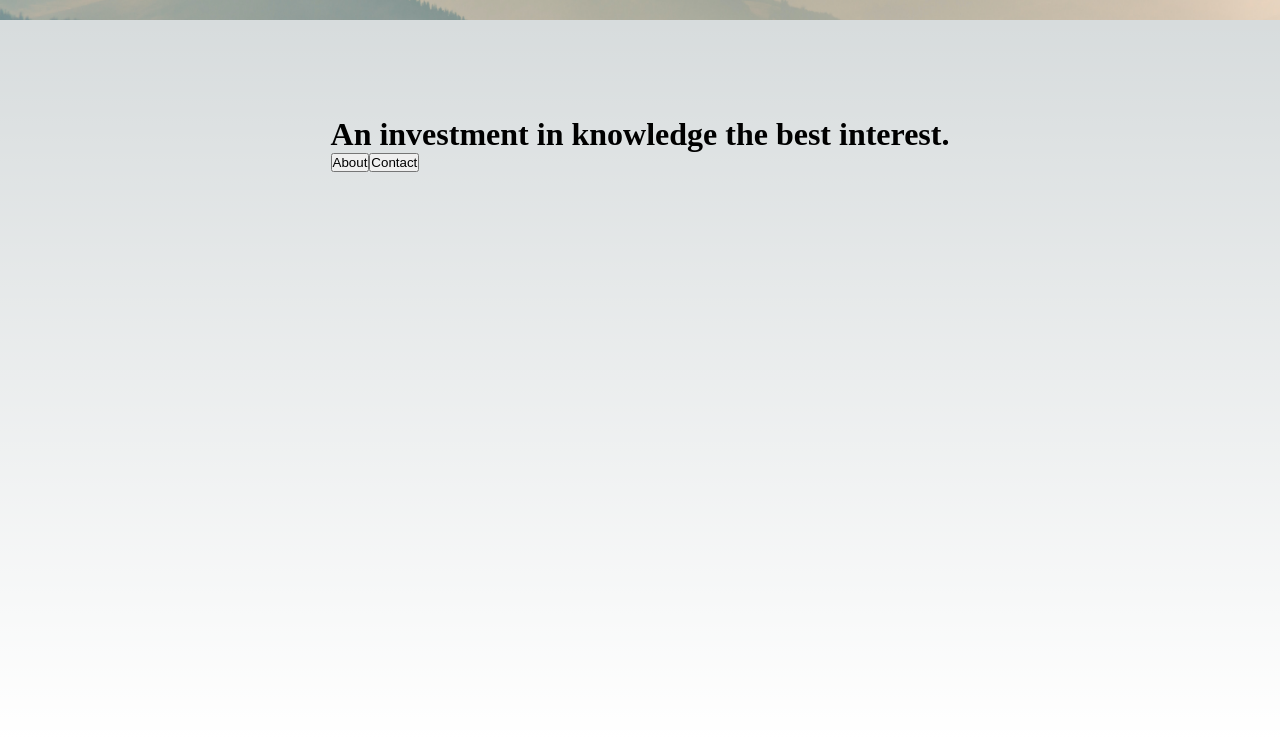
Repository: SanlyLp/assignment-1-playwright-site-a01182379
Page: /
The author's editor kept a copy of each file at every save. The page is drawn from the files as they stood at one save, then again after the next save.
The browser window is 1280 px wide. The pictures show the whole page.
The project was rebuilt for these pictures with package versions that can differ from the ones it lists, and the page was loaded fresh each time. The framework's server and built-in components were replaced by stand-ins that run in the browser. Also part of the build but not shown: next.config.js.

Above is the page before, as saved 2023-02-05 20:07:45.

### pages/_app.js
import '@/styles/globals.css'
import '../styles/variables.css'

export default function MyApp({ Component, pageProps }) {
  return <Component {...pageProps} />
}

### pages/index.js
import Head from 'next/head'
import { Inter } from '@next/font/google'
import styles from '@/styles/Home.module.css'
import Link from 'next/link';

const inter = Inter({ subsets: ['latin'] })

export default function Home() {
  return (
    <>
      <Head>
        <title>Home Page</title>
        <meta name="description" content="Generated by create next app" />
        <meta name="viewport" content="width=device-width, initial-scale=1" />
        <link rel="icon" href="/favicon.ico" />
      </Head>
      <div className={styles.bg}>

    </div>
      <main className={styles.main}>

        <div>
          <h1>An investment in knowledge
            the best interest.
          </h1>
          <Link href="/about">
            <button>About</button>
          </Link>
          <Link href="/contact">
            <button>Contact</button>
          </Link>
        </div>
      </main>
    </>
  )
}

### styles/globals.css
:root {
  --max-width: 1100px;
  --border-radius: 12px;
  --font-mono: ui-monospace, Menlo, Monaco, 'Cascadia Mono', 'Segoe UI Mono',
    'Roboto Mono', 'Oxygen Mono', 'Ubuntu Monospace', 'Source Code Pro',
    'Fira Mono', 'Droid Sans Mono', 'Courier New', monospace;

  --foreground-rgb: 0, 0, 0;
  --background-start-rgb: 214, 219, 220;
  --background-end-rgb: 255, 255, 255;

  --primary-glow: conic-gradient(
    from 180deg at 50% 50%,
    #16abff33 0deg,
    #0885ff33 55deg,
    #54d6ff33 120deg,
    #0071ff33 160deg,
    transparent 360deg
  );
  --secondary-glow: radial-gradient(
    rgba(255, 255, 255, 1),
    rgba(255, 255, 255, 0)
  );

  --tile-start-rgb: 239, 245, 249;
  --tile-end-rgb: 228, 232, 233;
  --tile-border: conic-gradient(
    #00000080,
    #00000040,
    #00000030,
    #00000020,
    #00000010,
    #00000010,
    #00000080
  );

  --callout-rgb: 238, 240, 241;
  --callout-border-rgb: 172, 175, 176;
  --card-rgb: 180, 185, 188;
  --card-border-rgb: 131, 134, 135;
}
::-webkit-scrollbar {
  width: 10px;
  background-color:var( --ternary-color)
}

::-webkit-scrollbar-thumb {
  background-color:var(--primary-color);
  border-radius: 10px;
}

::-webkit-scrollbar-thumb:hover {
  background-color:var(--quaternary-color)
}


@media (prefers-color-scheme: dark) {
  :root {
    --foreground-rgb: 255, 255, 255;
    --background-start-rgb: 0, 0, 0;
    --background-end-rgb: 0, 0, 0;

    --primary-glow: radial-gradient(rgba(1, 65, 255, 0.4), rgba(1, 65, 255, 0));
    --secondary-glow: linear-gradient(
      to bottom right,
      rgba(1, 65, 255, 0),
      rgba(1, 65, 255, 0),
      rgba(1, 65, 255, 0.3)
    );

    --tile-start-rgb: 2, 13, 46;
    --tile-end-rgb: 2, 5, 19;
    --tile-border: conic-gradient(
      #ffffff80,
      #ffffff40,
      #ffffff30,
      #ffffff20,
      #ffffff10,
      #ffffff10,
      #ffffff80
    );

    --callout-rgb: 20, 20, 20;
    --callout-border-rgb: 108, 108, 108;
    --card-rgb: 100, 100, 100;
    --card-border-rgb: 200, 200, 200;
  }
}

* {
  box-sizing: border-box;
  padding: 0;
  margin: 0;
}

html,
body {
  max-width: 100vw;
  overflow-x: hidden;
}

body {
  color: rgb(var(--foreground-rgb));
  background: linear-gradient(
      to bottom,
      transparent,
      rgb(var(--background-end-rgb))
    )
    rgb(var(--background-start-rgb));
}

a {
  color: inherit;
  text-decoration: none;
}

@media (prefers-color-scheme: dark) {
  html {
    color-scheme: dark;
  }
}

### styles/variables.css
:root{
    --primary-color: #fff;
    --secondary-color: #f4d6b9;
    --ternary-color: #7796a4;
    --quaternary-color: #14343d;
    --quinary-color: rgb(16,46,53,0.5);
}

### styles/Home.module.css
.main {
  display: flex;
  flex-direction: column;
  justify-content: space-between;
  align-items: center;
  padding: 6rem;
  min-height: 100vh;
}
.bg{
  background-image: url("../public/background-images/backgroundMountain.jpg");
  background-size: cover;
  background-repeat: no-repeat;
  background-position: center;
  padding: 10px;
  margin: auto;
}

.description {
  display: inherit;
  justify-content: inherit;
  align-items: inherit;
  font-size: 0.85rem;
  max-width: var(--max-width);
  width: 100%;
  z-index: 2;
  font-family: var(--font-mono);
}

.description a {
  display: flex;
  justify-content: center;
  align-items: center;
  gap: 0.5rem;
}

.description p {
  position: relative;
  margin: 0;
  padding: 1rem;
  background-color: rgba(var(--callout-rgb), 0.5);
  border: 1px solid rgba(var(--callout-border-rgb), 0.3);
  border-radius: var(--border-radius);
}

.code {
  font-weight: 700;
  font-family: var(--font-mono);
}

.grid {
  display: grid;
  grid-template-columns: repeat(4, minmax(25%, auto));
  width: var(--max-width);
  max-width: 100%;
}

.card {
  padding: 1rem 1.2rem;
  border-radius: var(--border-radius);
  background: rgba(var(--card-rgb), 0);
  border: 1px solid rgba(var(--card-border-rgb), 0);
  transition: background 200ms, border 200ms;
}

.card span {
  display: inline-block;
  transition: transform 200ms;
}

.card h2 {
  font-weight: 600;
  margin-bottom: 0.7rem;
}

.card p {
  margin: 0;
  opacity: 0.6;
  font-size: 0.9rem;
  line-height: 1.5;
  max-width: 30ch;
}

.center {
  display: flex;
  justify-content: center;
  align-items: center;
  position: relative;
  padding: 4rem 0;
}

.center::before {
  background: var(--secondary-glow);
  border-radius: 50%;
  width: 480px;
  height: 360px;
  margin-left: -400px;
}

.center::after {
  background: var(--primary-glow);
  width: 240px;
  height: 180px;
  z-index: -1;
}

.center::before,
.center::after {
  content: '';
  left: 50%;
  position: absolute;
  filter: blur(45px);
  transform: translateZ(0);
}

.logo,
.thirteen {
  position: relative;
}

.thirteen {
  display: flex;
  justify-content: center;
  align-items: center;
  width: 75px;
  height: 75px;
  padding: 25px 10px;
  margin-left: 16px;
  transform: translateZ(0);
  border-radius: var(--border-radius);
  overflow: hidden;
  box-shadow: 0px 2px 8px -1px #0000001a;
}

.thirteen::before,
.thirteen::after {
  content: '';
  position: absolute;
  z-index: -1;
}

/* Conic Gradient Animation */
.thirteen::before {
  animation: 6s rotate linear infinite;
  width: 200%;
  height: 200%;
  background: var(--tile-border);
}

/* Inner Square */
.thirteen::after {
  inset: 0;
  padding: 1px;
  border-radius: var(--border-radius);
  background: linear-gradient(
    to bottom right,
    rgba(var(--tile-start-rgb), 1),
    rgba(var(--tile-end-rgb), 1)
  );
  background-clip: content-box;
}

/* Enable hover only on non-touch devices */
@media (hover: hover) and (pointer: fine) {
  .card:hover {
    background: rgba(var(--card-rgb), 0.1);
    border: 1px solid rgba(var(--card-border-rgb), 0.15);
  }

  .card:hover span {
    transform: translateX(4px);
  }
}

@media (prefers-reduced-motion) {
  .thirteen::before {
    animation: none;
  }

  .card:hover span {
    transform: none;
  }
}

/* Mobile */
@media (max-width: 700px) {
  .content {
    padding: 4rem;
  }

  .grid {
    grid-template-columns: 1fr;
    margin-bottom: 120px;
    max-width: 320px;
    text-align: center;
  }

  .card {
    padding: 1rem 2.5rem;
  }

  .card h2 {
    margin-bottom: 0.5rem;
  }

  .center {
    padding: 8rem 0 6rem;
  }

  .center::before {
    transform: none;
    height: 300px;
  }

  .description {
    font-size: 0.8rem;
  }

  .description a {
    padding: 1rem;
  }

  .description p,
  .description div {
    display: flex;
    justify-content: center;
    position: fixed;
    width: 100%;
  }

  .description p {
    align-items: center;
    inset: 0 0 auto;
    padding: 2rem 1rem 1.4rem;
    border-radius: 0;
    border: none;
    border-bottom: 1px solid rgba(var(--callout-border-rgb), 0.25);
    background: linear-gradient(
      to bottom,
      rgba(var(--background-start-rgb), 1),
      rgba(var(--callout-rgb), 0.5)
    );
    background-clip: padding-box;
    backdrop-filter: blur(24px);
  }

  .description div {
    align-items: flex-end;
    pointer-events: none;
    inset: auto 0 0;
    padding: 2rem;
    height: 200px;
    background: linear-gradient(
      to bottom,
      transparent 0%,
      rgb(var(--background-end-rgb)) 40%
    );
    z-index: 1;
  }
}

/* Tablet and Smaller Desktop */
@media (min-width: 701px) and (max-width: 1120px) {
  .grid {
    grid-template-columns: repeat(2, 50%);
  }
}

@media (prefers-color-scheme: dark) {
  .vercelLogo {
    filter: invert(1);
  }

  .logo,
  .thirteen img {
    filter: invert(1) drop-shadow(0 0 0.3rem #ffffff70);
  }
}

@keyframes rotate {
  from {
    transform: rotate(360deg);
  }
  to {
    transform: rotate(0deg);
  }
}

Loaded but not shown: pages/_document.js (common file)

After the next save:
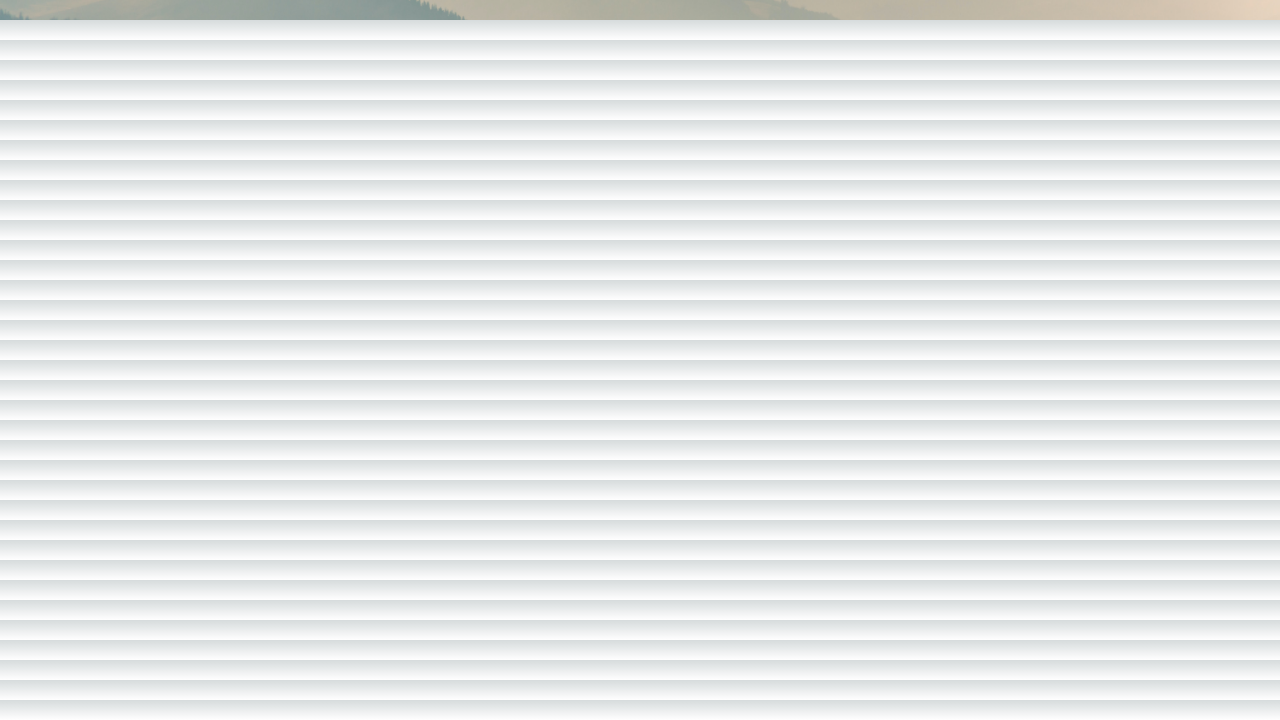
Saved 25 s later.
--- a/pages/index.js
+++ b/pages/index.js
@@ -17,20 +17,7 @@ export default function Home() {
       <div className={styles.bg}>
 
     </div>
-      <main className={styles.main}>
 
-        <div>
-          <h1>An investment in knowledge
-            the best interest.
-          </h1>
-          <Link href="/about">
-            <button>About</button>
-          </Link>
-          <Link href="/contact">
-            <button>Contact</button>
-          </Link>
-        </div>
-      </main>
     </>
   )
 }
